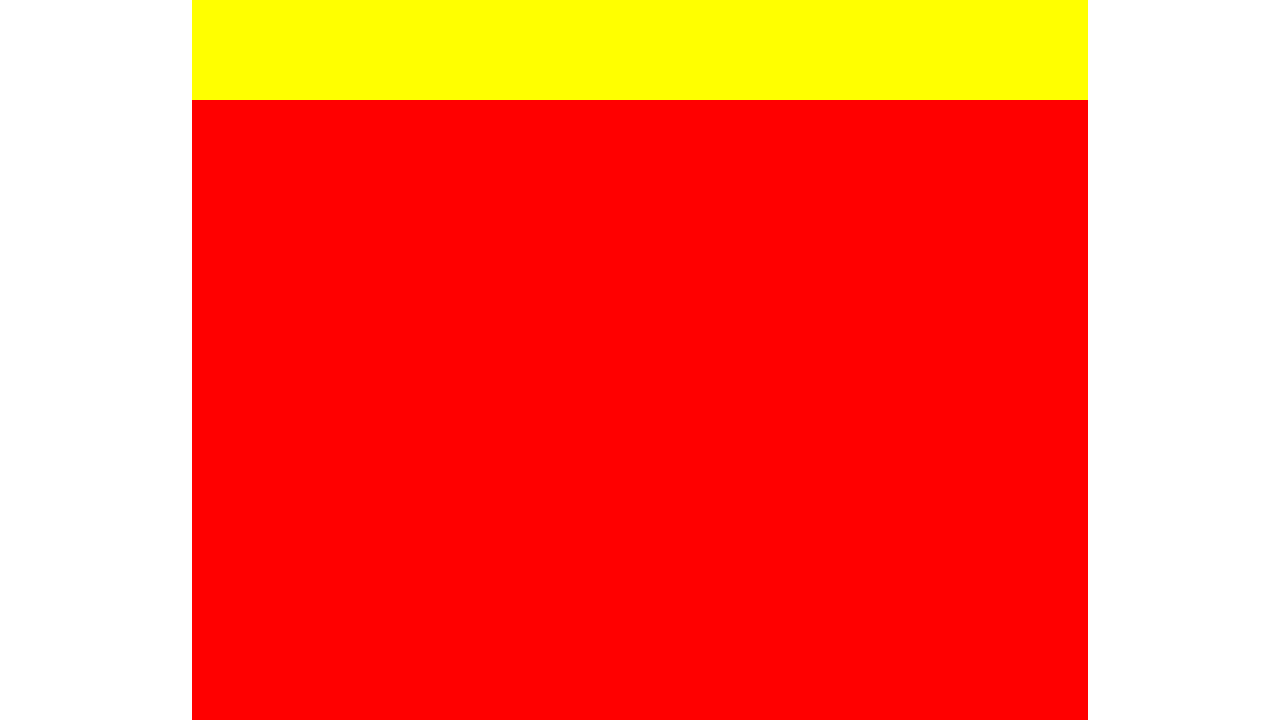
Repository: rwanda95do/bitcamp
Page: FrontProject/src/main/webapp/html/review.html
These files come from the project's save history. The page is drawn as it stood at one moment and after the next save; the edit follows.
The browser window is 1280 px wide. The pictures show the whole page.

Above is the page before, as saved 2024-08-30 09:30:30.

### FrontProject/src/main/webapp/html/review.html
<!DOCTYPE html>
<html>
<head>
<meta charset="UTF-8">
<title>Insert title here</title>
<style type="text/css">
html, body{
	margin: 0;
	padding: 0;
	height: 100%;
}
.container{
	background: white;
	display: flex;
	justify-content: center;
	height: 100vh;
}
.main {
	width: 70%;
	background: red;
}
</style>
</head>
<body>
	<div class="container">
		<div style="display: none;">
			1. javascript를 이용해서 nav 동적으로 로드하기
			2. 로그인이 되었으면 로그인 버튼을 다른 버튼(사진?)으로 변경
		</div>
		<div class="main">
			<div style="height: 100px; background: yellow;">
				<img alt="" src="">
			</div>
			<div></div>
		</div>
	</div>
</body>
</html>

After the next save:
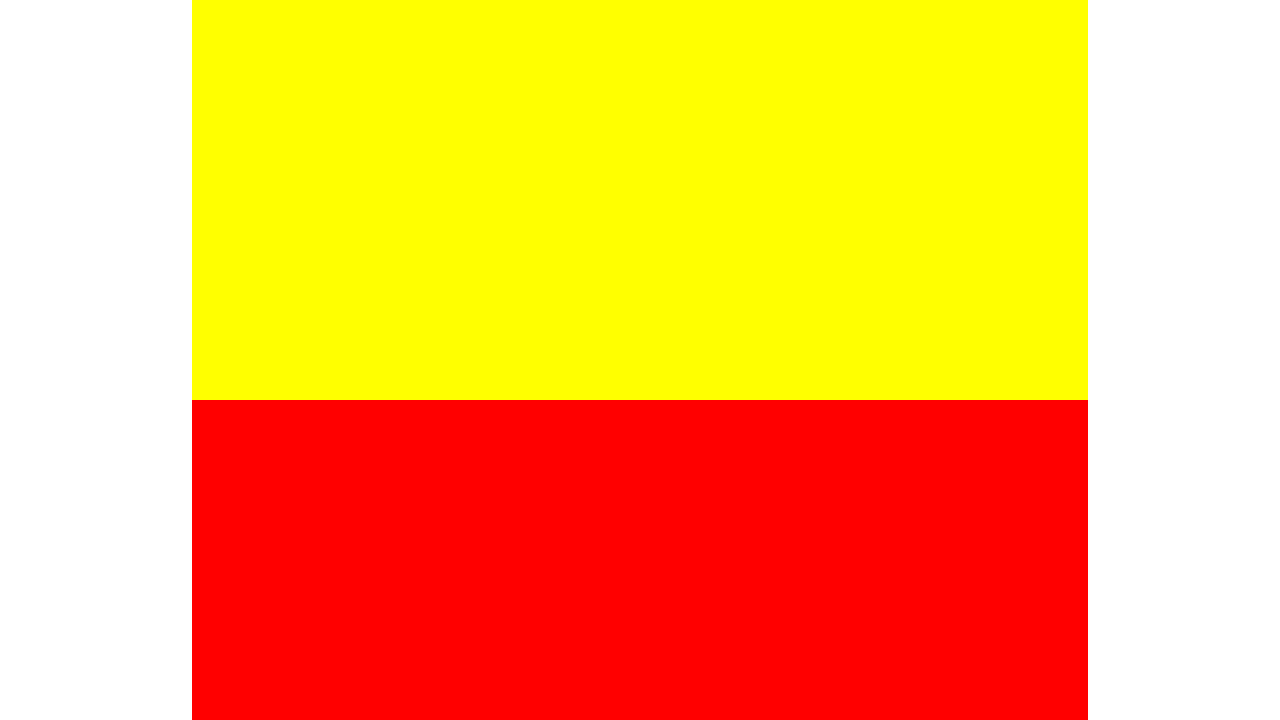
Saved 15 s later.
--- a/FrontProject/src/main/webapp/html/review.html
+++ b/FrontProject/src/main/webapp/html/review.html
@@ -28,7 +28,7 @@
 			2. 로그인이 되었으면 로그인 버튼을 다른 버튼(사진?)으로 변경
 		</div>
 		<div class="main">
-			<div style="height: 100px; background: yellow;">
+			<div style="height: 400px; background: yellow;">
 				<img alt="" src="">
 			</div>
 			<div></div>
